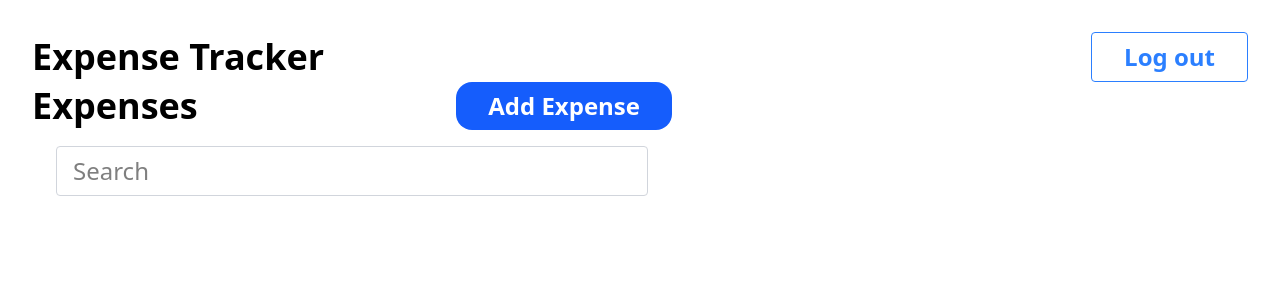
Repository: Syed-Mohsin-Ali786/frontend-expense-tracker
Page: /
An editor plug-in stored every save of this project. The page is shown before and after the next save, followed by the edit.
The browser window is 1280 px wide. The pictures show the whole page.
The project was rebuilt for these pictures with package versions that can differ from the ones it lists, and the page was loaded fresh each time.

Above is the page before, as saved 2025-09-28 14:11:19.

After the next save:
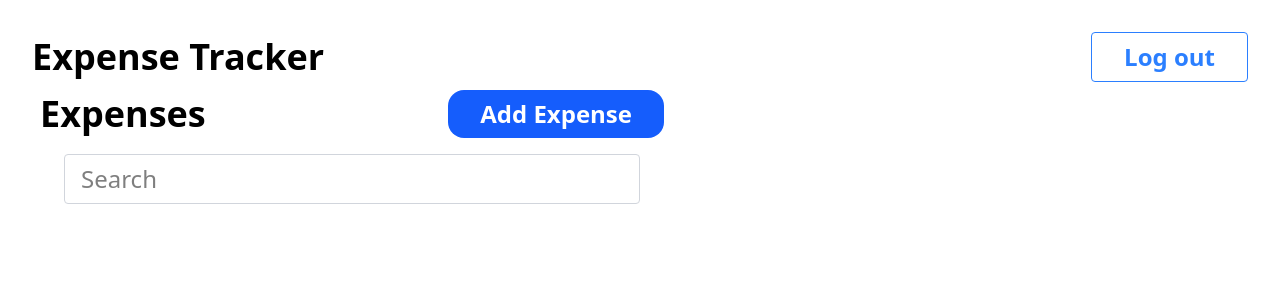
Saved 24 s later.
--- a/src/App.tsx
+++ b/src/App.tsx
@@ -14,7 +14,7 @@
       {/* The main page */}
       <section>
         {/* Expenses */}
-        <div className="flex flex-col w-[50vw] justify-between">
+        <div className="flex flex-col w-[50vw] justify-between p-2">
           <div className="flex justify-between items-center ">
           <h1 className="text-4xl  font-semibold">Expenses</h1>
           <button className=" bg-blue-600  py-2 px-3 md:px-6 lg:px-8 rounded-2xl font-semibold text-[#ffff] text-2xl ">

After the save that followed:
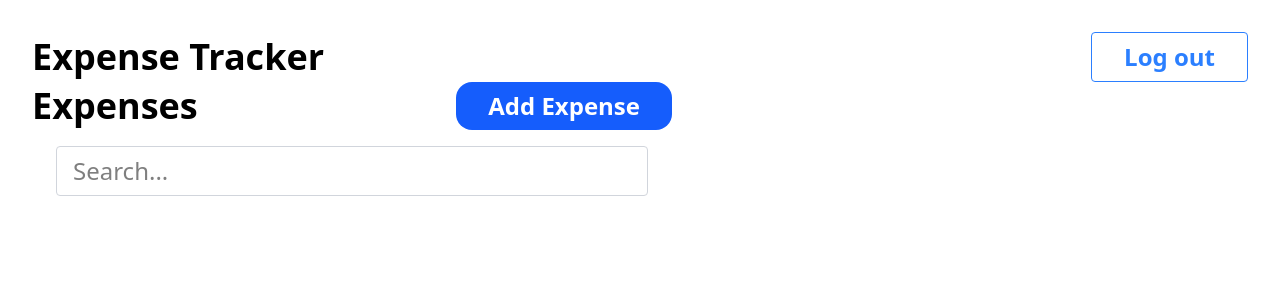
Saved 24 s later.
--- a/src/App.tsx
+++ b/src/App.tsx
@@ -14,14 +14,14 @@
       {/* The main page */}
       <section>
         {/* Expenses */}
-        <div className="flex flex-col w-[50vw] justify-between p-2">
+        <div className="flex flex-col w-[50vw] justify-between">
           <div className="flex justify-between items-center ">
           <h1 className="text-4xl  font-semibold">Expenses</h1>
           <button className=" bg-blue-600  py-2 px-3 md:px-6 lg:px-8 rounded-2xl font-semibold text-[#ffff] text-2xl ">
             Add Expense
           </button>
           </div>
-          <input type="text" placeholder="Search"  className="py-2 px-4 text-2xl border-gray-300 border rounded mt-4 mx-6"/>
+          <input type="text" placeholder="Search..."  className="py-2 px-4 text-2xl border-gray-300 border rounded mt-4 mx-6"/>
         </div>
         {/* Charts */}
         <div></div>
